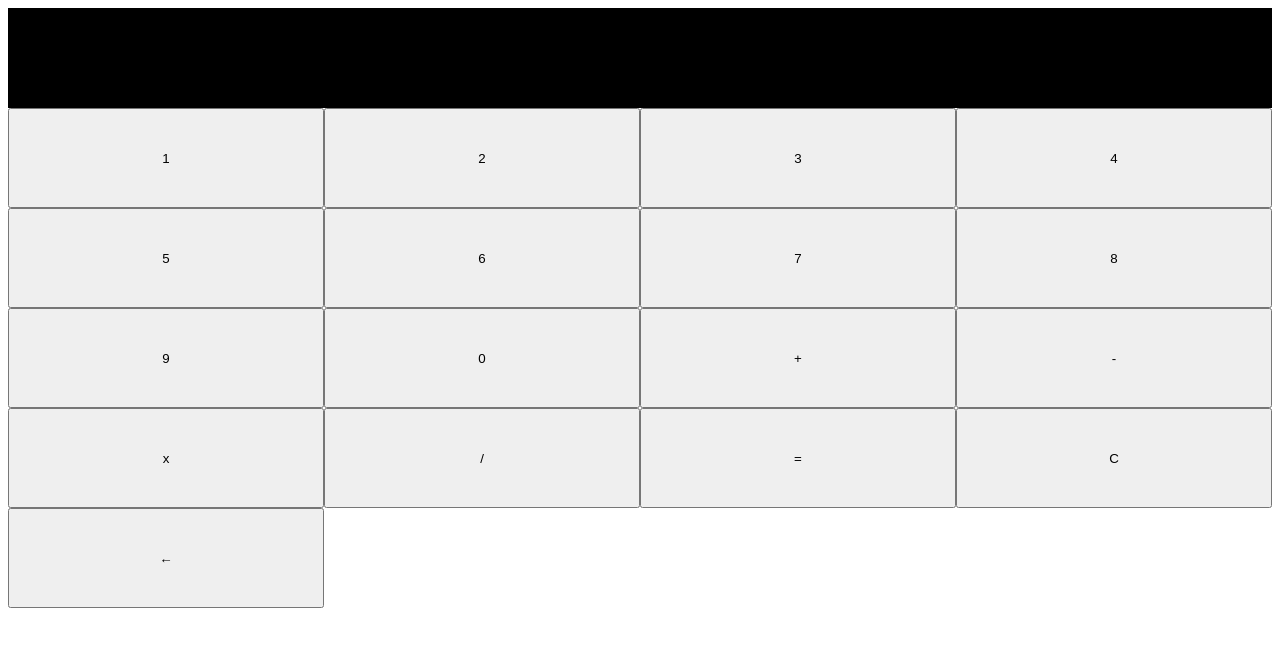
Repository: TEazy2433/LAB-calculator
Page: index.html
An editor plug-in stored every save of this project. The page is shown before and after the next save, followed by the edit.
The browser window is 1280 px wide. The pictures show the whole page.

Above is the page before, as saved 2023-10-13 17:56:21.

### index.html
<!DOCTYPE html>
<html lang="en">
<head>
  <meta charset="UTF-8">
  <meta name="viewport" content="width=device-width, initial-scale=1.0">
  <title>calculator</title>
  <link rel="stylesheet" href="main.css">
</head>
<body>

  <div class="calculator">
    <div class="display">1</div>
    <div class="buttons">
      <button class="key">1</button>
      <button class="key">2</button>
      <button class="key">3</button>
      <button class="key">4</button>
      <button class="key">5</button>
      <button class="key">6</button>
      <button class="key">7</button>
      <button class="key">8</button>
      <button class="key">9</button>
      <button class="zero">0</button>
      <button class="operator">+</button>
      <button class="operator">-</button>
      <button class="operator">x</button>
      <button class="operator">/</button>
      <button class="operator">=</button>
      <button class="clear">C</button>
      <button class="Arrow">&#8592;</button>



    </div>
  </div>


</body>
</html>

### main.css
.display{
  width: 100%;
  height: 100px;
  background: black;
  flex-wrap: flex;
  border: none;
}
.buttons{
  display: grid;
  grid-template-columns: repeat(4, 1fr);
  height: 500px;
  width: 800x;
  font: 500;
}
operator{
  background-color: yellow;

}

After the next save:
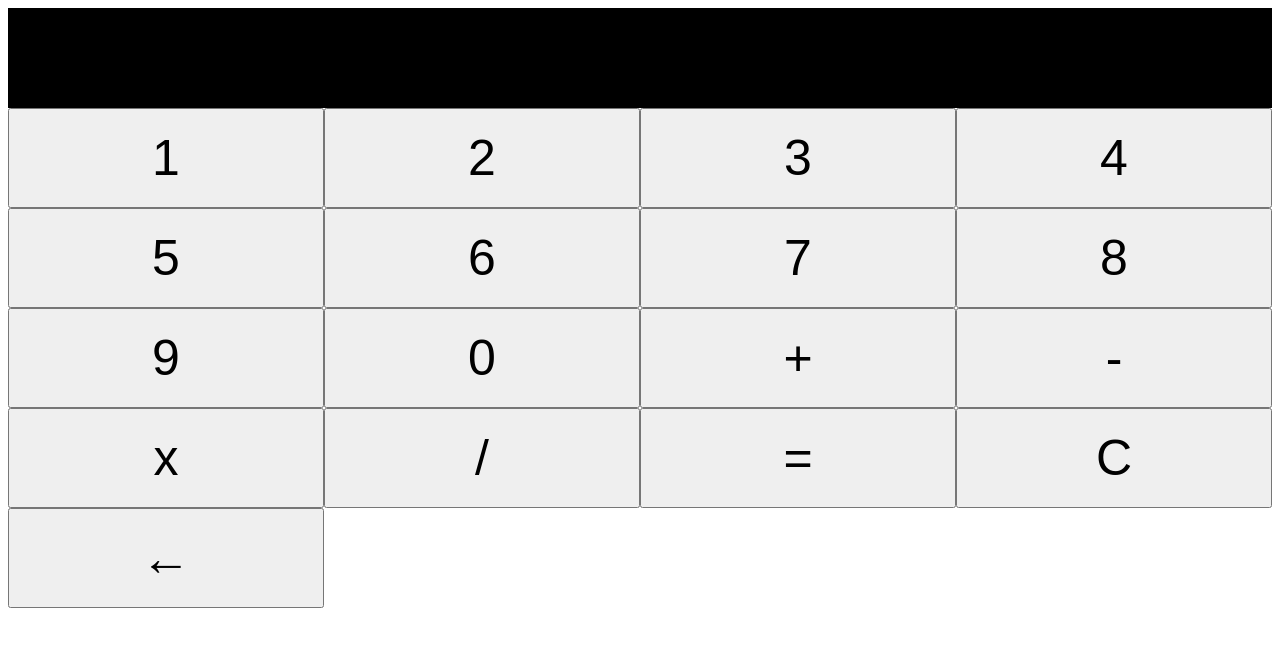
Saved 53 s later.
--- a/main.css
+++ b/main.css
@@ -10,9 +10,7 @@
   grid-template-columns: repeat(4, 1fr);
   height: 500px;
   width: 800x;
-  font: 500;
 }
-operator{
-  background-color: yellow;
-
+button{
+  font-size: 50px;
 }
